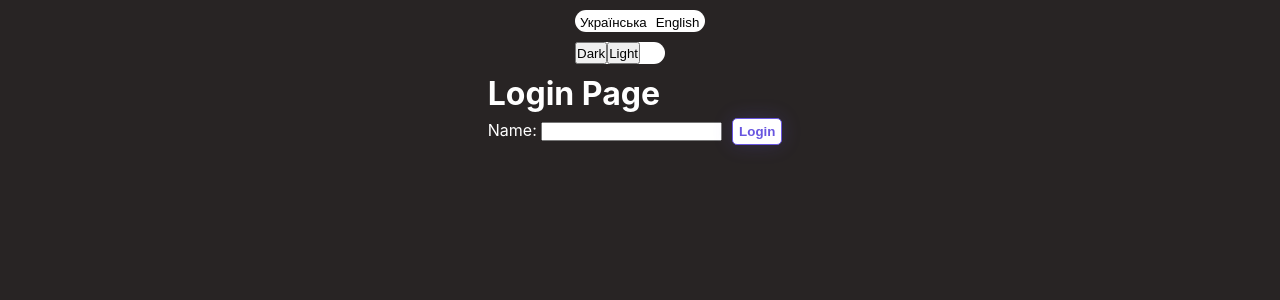
Repository: Novoselets28/star-wars-hooks
Page: /
An editor plug-in stored every save of this project. The page is shown before and after the next save, followed by the edit.
The browser window is 1280 px wide. The pictures show the whole page.
The project was rebuilt for these pictures with package versions that can differ from the ones it lists, and the page was loaded fresh each time. Also part of the build but not shown: src/components/HomePage.jsx, src/components/People/CurrentPeople.jsx, src/components/People/PeopleList.jsx, src/components/People/People.jsx, src/components/Planets/CurrentPlanet.jsx, src/components/Planets/PlanetsList.jsx, src/components/Planets/Planets.jsx, src/components/Starships/CurrentStarship.jsx and 4 more.

Above is the page before, as saved 2023-03-27 19:46:11.

After the next save:
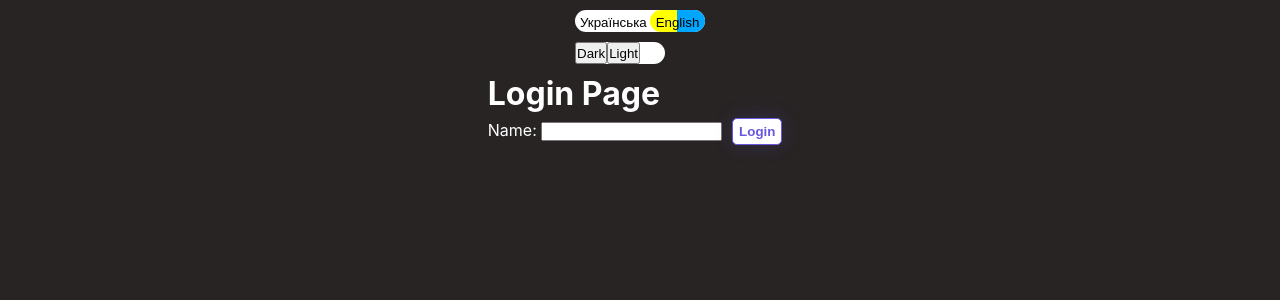
Saved 76 s later.
--- a/src/components/Header.jsx
+++ b/src/components/Header.jsx
@@ -17,7 +17,7 @@ function Header() {
     <div>
       <div className="button-box-lang">
         <button className={language==="ukr" ? "active" : "not-active"} onClick={()=>setLanguage("ukr")}>Українська</button>
-        <button className={language==="eng" ? "active" : "not-active"} onClick={()=>setLanguage("eng")}>English</button>
+        <button className={language==="eng" ? "not-active" : "active"} onClick={()=>setLanguage("eng")}>English</button>
       </div>
       <div className="button-box-theme">
         <button className={theme==="light" ? "dark" : ""} onClick={()=>setTheme("dark")}>Dark</button>
